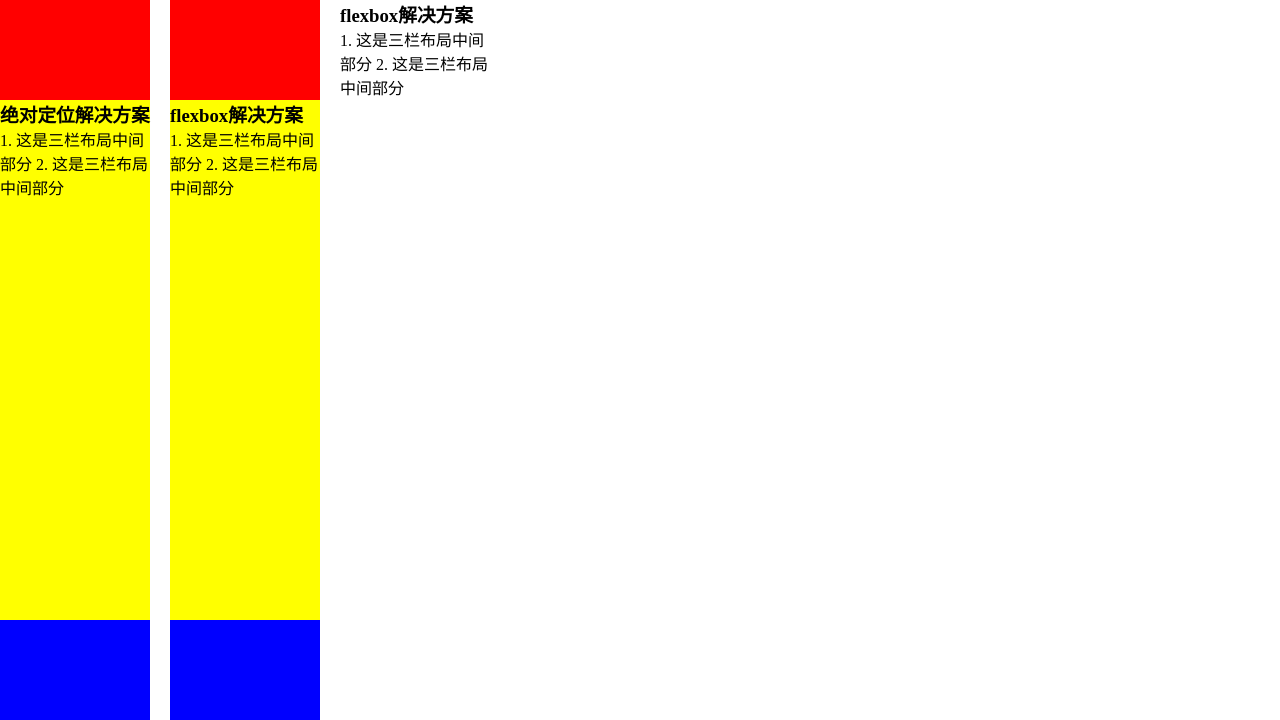
Repository: Qianfane/Blog
Page: 面试相关/测试/1-2、三栏布局-上中下.html
These files come from the project's save history. The page is drawn as it stood at one moment and after the next save; the edit follows.
The browser window is 1280 px wide. The pictures show the whole page.

Above is the page before, as saved 2022-01-02 18:58:14.

After the next save:
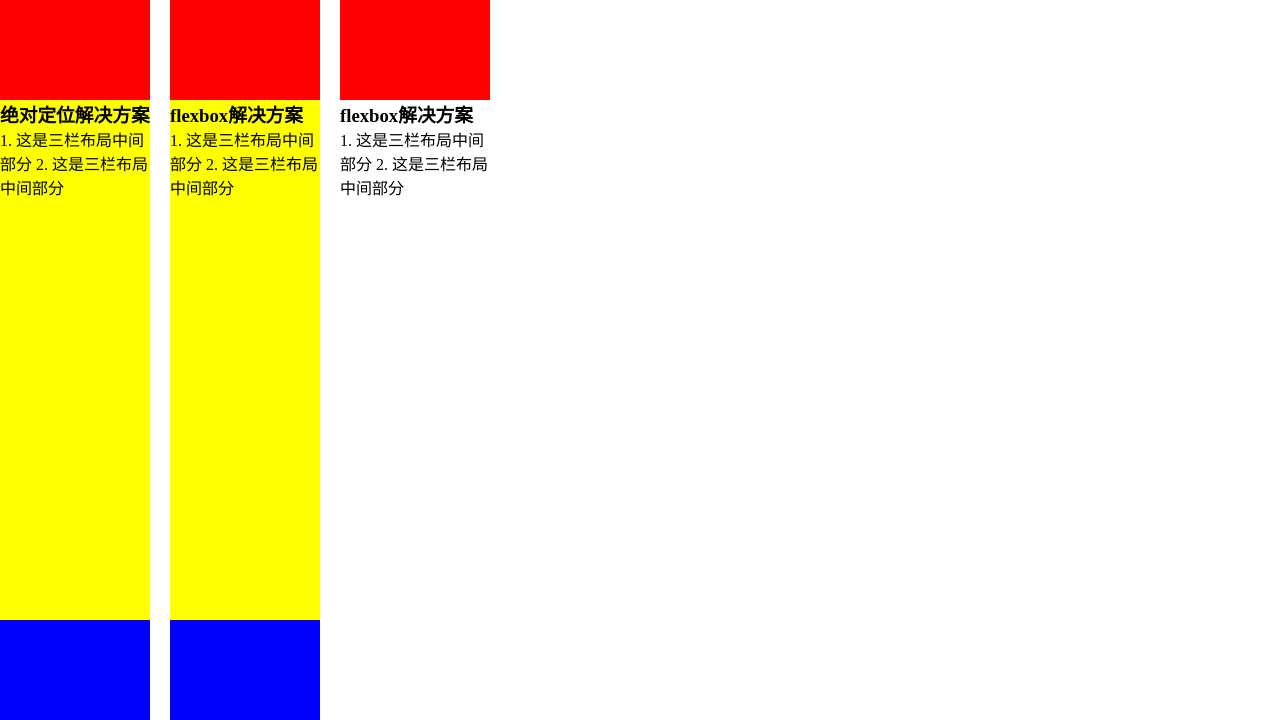
Saved 22 s later.
--- a/面试相关/测试/1-2、三栏布局-上中下.html
+++ b/面试相关/测试/1-2、三栏布局-上中下.html
@@ -100,7 +100,7 @@
             .layout.table .top-center-bottom {
                 height: 100%;
             }
-            .layout.flexbox .top {
+            .layout.table .top {
                 height: 100px;
                 background: red;
             }
